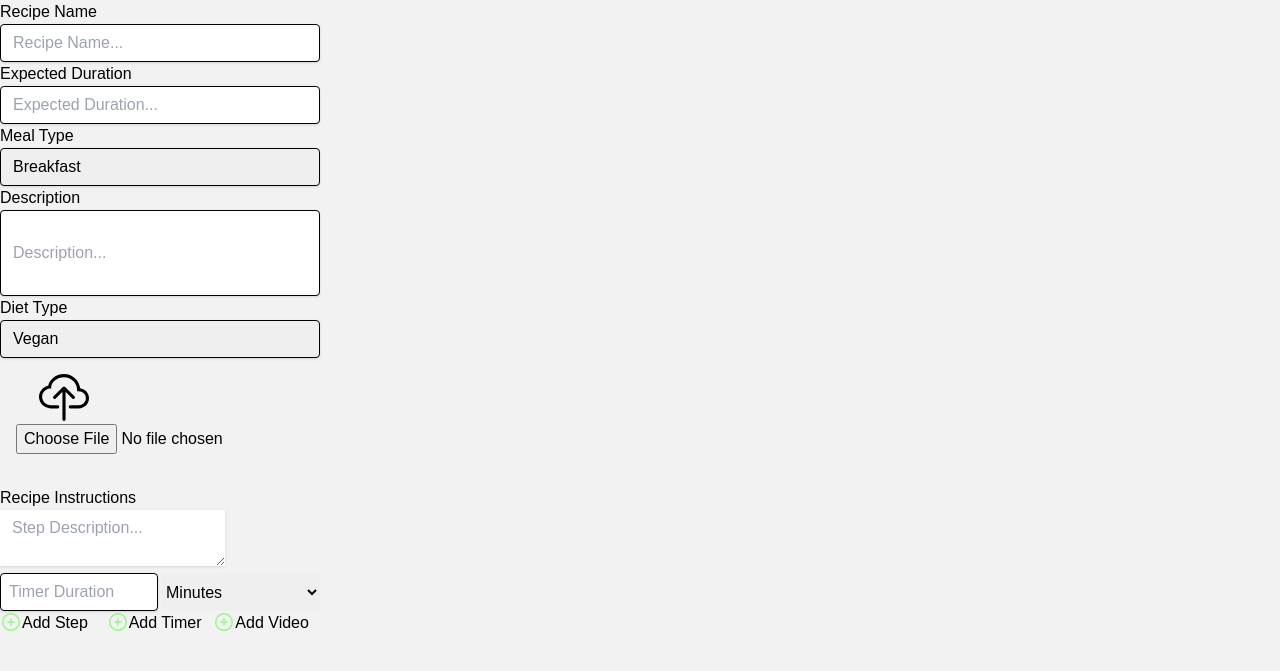
Repository: stvnsok/-capstone-project-3900-w18a-terraluna
Page: /new_recipe (app in frontend/)
These files come from the project's save history. The page is drawn as it stood at one moment and after the next save; the edit follows.
The browser window is 1280 px wide. The pictures show the whole page.
The project was rebuilt for these pictures with package versions that can differ from the ones it lists, and the page was loaded fresh each time. Also part of the build but not shown: frontend/src/services/auth.service.ts, frontend/src/api.ts, frontend/src/services/recipeContributor.service.ts, frontend/src/components/global/Modal.tsx, frontend/src/components/global/TextInput.tsx, frontend/src/components/Auth/helperFunctions.ts, frontend/src/components/Auth/ChangeEmailForm.tsx, frontend/src/components/Auth/ChangePasswordForm.tsx and 10 more.

Above is the page before, as saved 2022-07-20 00:41:19.

After the next save:
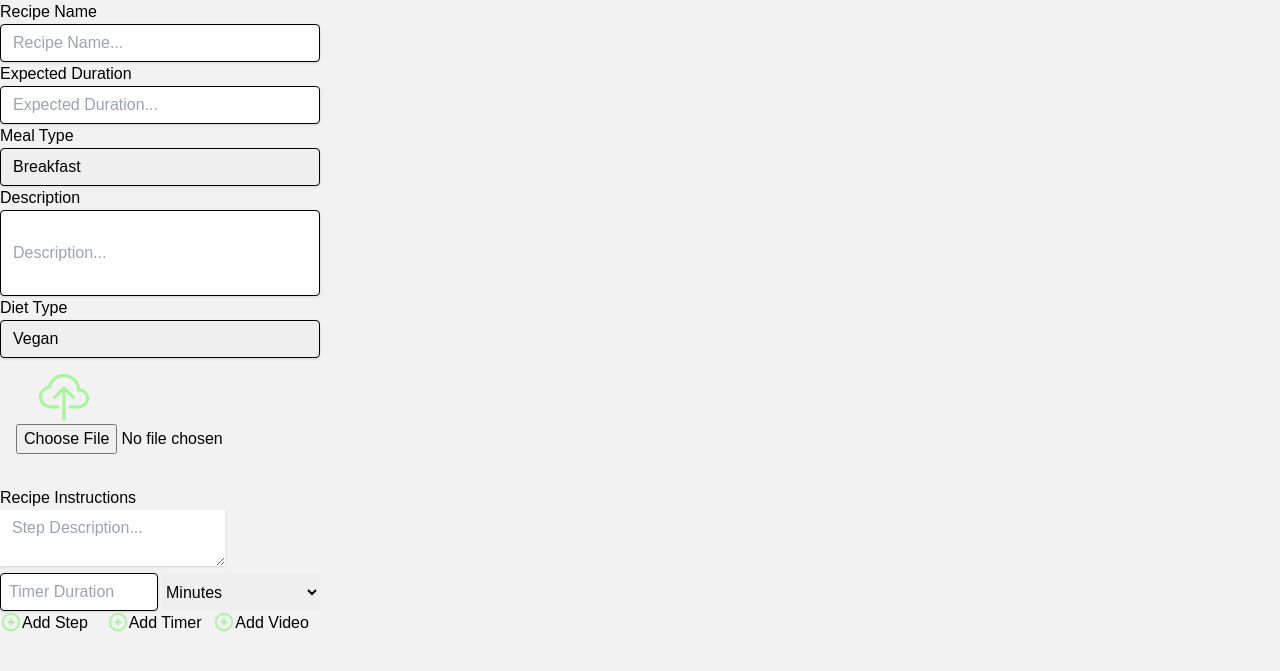
Saved 16 s later.
--- a/frontend/src/components/NewRecipe/CreateRecipeCard.tsx
+++ b/frontend/src/components/NewRecipe/CreateRecipeCard.tsx
@@ -107,6 +107,7 @@ export default function CreateRecipe () {
                     : (
                     <div className = 'flex justify-center items-center'>
                         <BsCloudUpload
+                            color = '#A8F59B'
                             size = {50}
                         />
                     </div>
